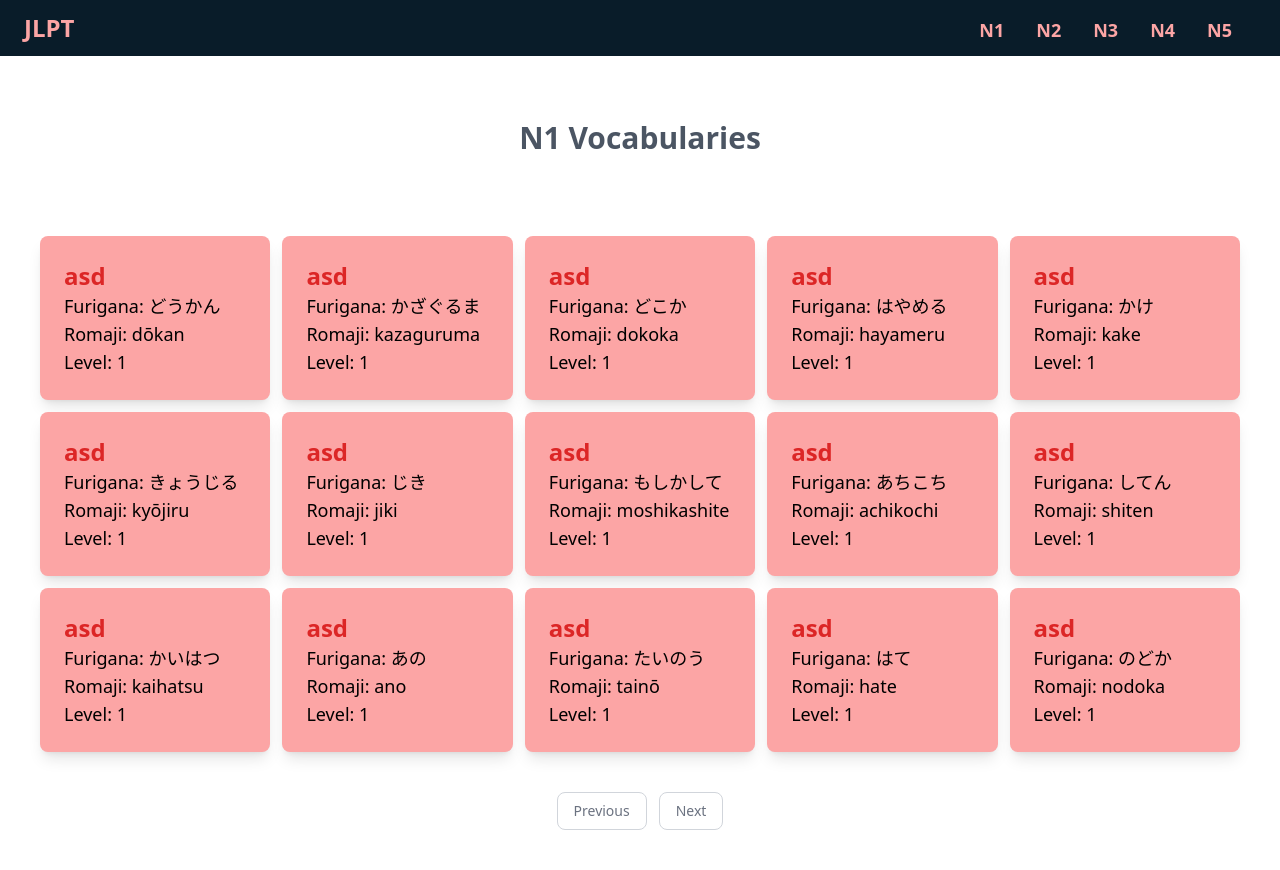
Repository: Penglee25/JLPT-vocabulary
Page: /n1
The author's editor kept a copy of each file at every save. The page is drawn from the files as they stood at one save, then again after a run of saves.
The browser window is 1280 px wide. The pictures show the whole page.
The project was rebuilt for these pictures with package versions that can differ from the ones it lists, and the page was loaded fresh each time. The framework's server and built-in components were replaced by stand-ins that run in the browser. Also part of the build but not shown: next.config.js, src/styles/main.css.

Above is the page before, as saved 2023-03-17 15:39:41.

After the next 2 saves:
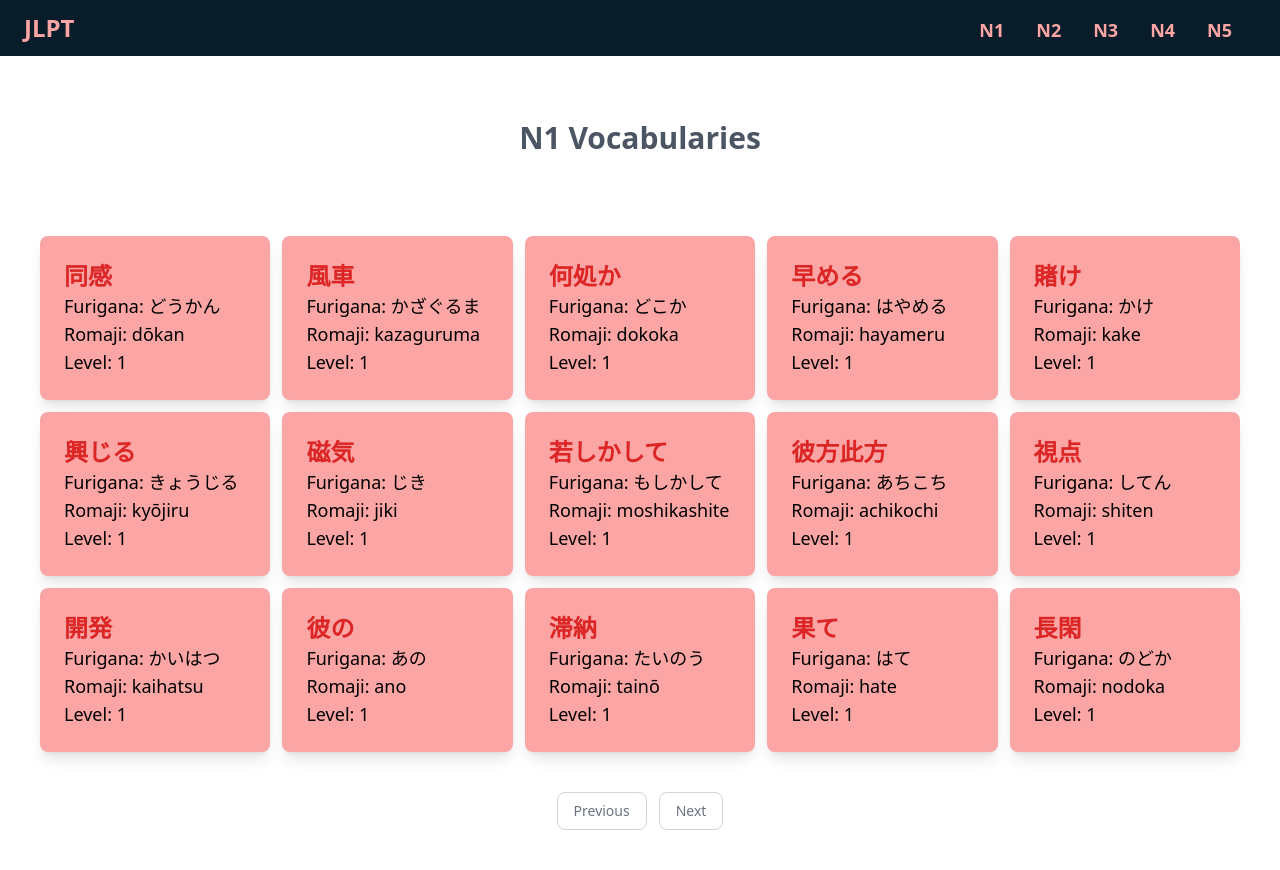
The 2 saves are shown as one change because 1 did not build or start.
The last was saved 32 s later.
--- a/src/pages/n1.tsx
+++ b/src/pages/n1.tsx
@@ -24,7 +24,7 @@ export default function n1() {
         const end = start + itemsPerPage;
         return data.slice(start, end).map((item, index) => (
             <div key={index} className="block rounded-lg bg-red-300 p-6 shadow-lg dark:bg-neutral-700">
-                <span className='text-2xl font-bold text-red-600'>asd</span>
+                <span className='text-2xl font-bold text-red-600'>{item.word}</span>
                 <p className='my-0 text-lg'>Furigana: {item.furigana}</p>
                 <p className='my-0 text-lg'>Romaji: {item.romaji}</p>
                 <p className='my-0 text-lg'>Level: {item.level}</p>
